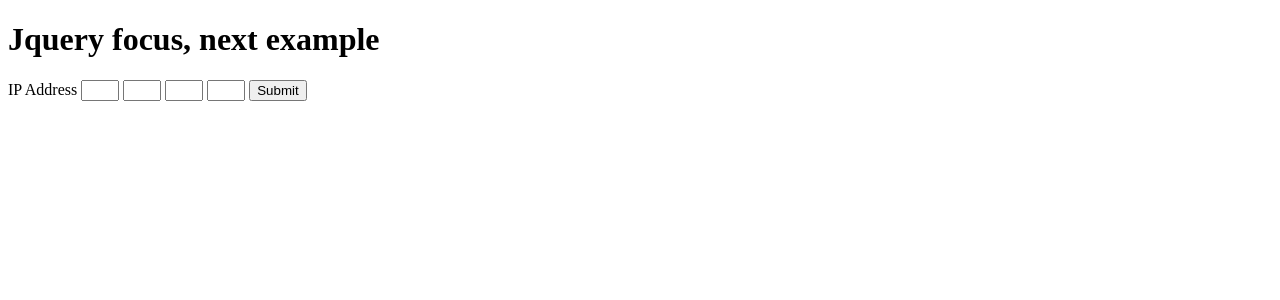
Repository: Padminivittal/Padmini-MWB
Page: MWB Day1/WebContent/Lab3_Jq1.html
An editor plug-in stored every save of this project. The page is shown before and after the next save, followed by the edit.
The browser window is 1280 px wide. The pictures show the whole page.

Above is the page before, as saved 2012-07-20 09:55:55.

After the next save:
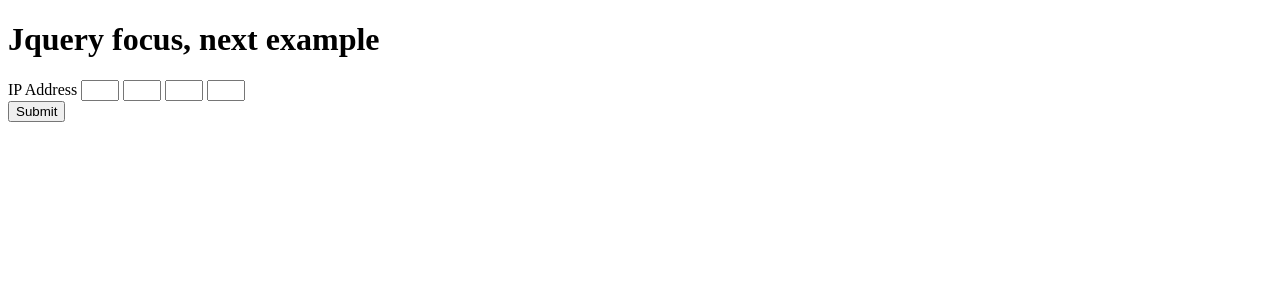
Saved 4 min 5 s later.
--- a/MWB Day1/WebContent/Lab3_Jq1.html
+++ b/MWB Day1/WebContent/Lab3_Jq1.html
@@ -13,8 +13,8 @@ $().ready(function(){
 			$(this).next("input:text").focus();
 		});
 	});
-	$("input:text").attr("maxlength","3");
-	$("input:text").css("width","30");
+	$("input:text").attr("maxlength","3").css("width","30");
+	//$("input:text").css("width","30");
 	$("#btnClick").on("click",function(){
 		$("input:text").attr("disabled","disabled");
 	});
@@ -36,6 +36,7 @@ background:lightblue;
 <input type="text" id="txt2" class="ipaddress" />
 <input type="text" id="txt3" class="ipaddress" />
 <input type="text" id="txt4" class="ipaddress" />
+</br>
 <input type="button" value="Submit" id="btnClick"/>
 </body>
 </html>
